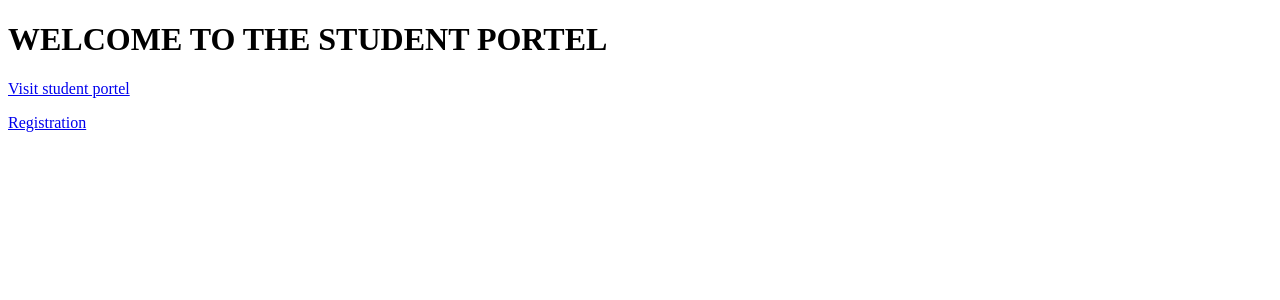
Repository: Yemili/springboot_application
Page: workspace/student/src/main/resources/static/index.html
These files come from the project's save history. The page is drawn as it stood at one moment and after the next save; the edit follows.
The browser window is 1280 px wide. The pictures show the whole page.

Above is the page before, as saved 2024-10-03 06:33:13.

### workspace/student/src/main/resources/static/index.html
<!DOCTYPE html>
<html lang="en">
<head>
    <meta charset="UTF-8">
    <meta name="viewport" content="width=device-width, initial-scale=1.0">
    <title>registration form</title>
</head>
<body>
    <h1>WELCOME TO THE STUDENT PORTEL</h1>
    <div class="dropdown">
   		 <p><a href=" ">Visit student portel</a></p>

  	<div class="dropdown-content">
   		 <a href="#">Registration</a>
    	 <!-- <a href="#">Link 2</a>
    	 <a href="#">Link 3</a> -->
  </div>
</div>


</body>
</html>

After the next save:
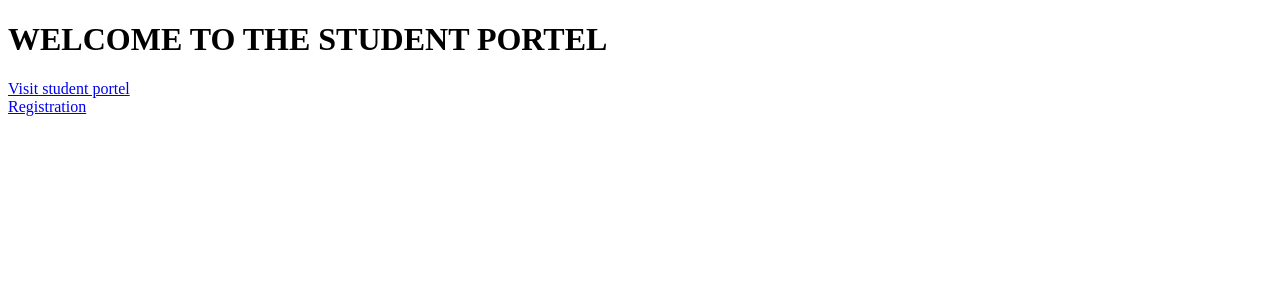
Saved 116 s later.
--- a/workspace/student/src/main/resources/static/index.html
+++ b/workspace/student/src/main/resources/static/index.html
@@ -8,7 +8,7 @@
 <body>
     <h1>WELCOME TO THE STUDENT PORTEL</h1>
     <div class="dropdown">
-   		 <p><a href=" ">Visit student portel</a></p>
+   		 <a href=" ">Visit student portel</a>
 
   	<div class="dropdown-content">
    		 <a href="#">Registration</a>
